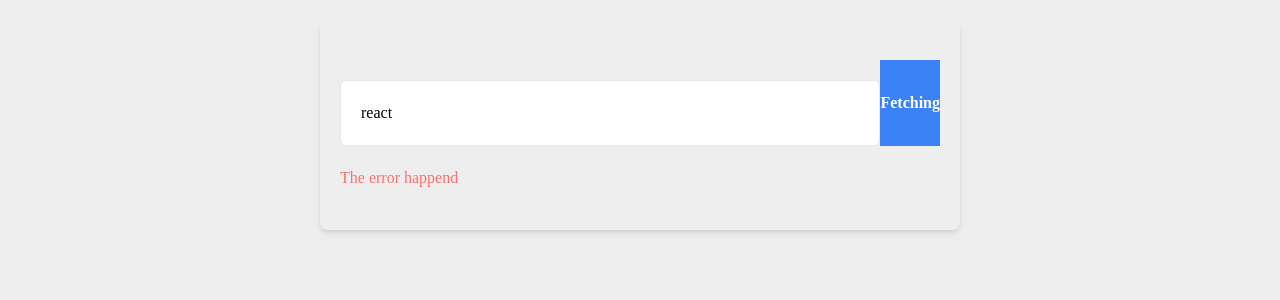
Repository: 16-Doffy/Fe-Khhoahoc
Page: /
These files come from the project's save history. The page is drawn as it stood at one moment and after the next save; the edit follows.
The browser window is 1280 px wide. The pictures show the whole page.
The page's requests for data from a server got no answer. The project was rebuilt for these pictures with package versions that can differ from the ones it lists, and the page was loaded fresh each time. No one was signed in, and anything a server would have sent is missing. Also part of the build but not shown: src/App.css.

Above is the page before, as saved 2025-01-14 15:50:26.

### src/index.js
import React from 'react';
import ReactDOM from 'react-dom/client';
import './index.css';
import App from './App';
import reportWebVitals from './reportWebVitals';
import "./index.scss"
const root = ReactDOM.createRoot(document.getElementById('root'));
root.render(
  <React.StrictMode>
    <App />
  </React.StrictMode>
);

// If you want to start measuring performance in your app, pass a function
// to log results (for example: reportWebVitals(console.log))
// or send to an analytics endpoint. Learn more: https://bit.ly/CRA-vitals
reportWebVitals();

### src/App.js

import "./App.css";
import HackerNews from "./components/news/HackerNews";



const App = () => {
  return (

    <HackerNews></HackerNews>
  );
};

export default App;













//<CardList><Card2/>
// const theme = {
//   //wanna change color in the future come here to change
//   colors: {
//     blue: "#2979ff",
//   },
//   orange: "#ffa440",
// };
// {/* <ThemeProvider theme={theme}>
// <CardList>
// <Card2 secondary={true}></Card2>
// <Card2 secondary={false}></Card2>
// <Card2 secondary={true}></Card2>
// <Card2 secondary={false}></Card2>
// <Card2 secondary={true}></Card2>
//  </CardList>
// </ThemeProvider> */}

### src/index.scss
@tailwind base;
@tailwind components;
@tailwind utilities;

@layer base {
    @import url("https://fonts.googleapis.com/css2?family=Poppins:ital,wght@0,100;0,200;0,300;0,400;0,500;0,600;0,700;0,800;0,900;1,100;1,200;1,300;1,400;1,500;1,600;1,700;1,800;1,900&display=swap");
    body{
        font-family: "Poppins", serif;
    }
}

### src/components/news/HackerNews.js
import axios from "axios";
import React, { useState, useEffect, useRef } from "react";
import lodash from "lodash";
// http://hn.algolia.com/api/v1/search?query=react
const HackerNews = () => {
  const [hits, setHits] = useState([]);
  const [query, setQuery] = useState("react");
  const [loading, setLoading] = useState(true);
  const [error, setError] = useState("");
  const handleFetchResponse = useRef({});
  handleFetchResponse.curent = async () => {
    setLoading(true);
    try {
      const response = await axios.get(
        `http://hn.algolia.com/api/v1/search?query=${query}`
      );
      setHits(response.data?.hits || []);
      setLoading(false);
    } catch {
      // console.log(response);
      setLoading(false);
      setError(`The error happend ${error}`);
    }
  };
  const handleUpdateQuery = lodash.debounce((e) => {
    setQuery(e.target.value);
  }, 100);
  useEffect(() => {
    handleFetchResponse.curent();
  }, [query]);
  return (
    <div className=" mx-auto mb-5 mt-5 p-5 rounded-lg shadow-md w-2/4">
    <div class="flex mb-5 mt-5">
    <input
        type="text"
        className="
          border border-blue-1000
          text-black p-5  mt-5 block w-full
           rounded-md focus:border-blue-400"
        placeholder="Enter your keyword..."
        defaultValue={query}
        onChange={handleUpdateQuery}
      />
      <button className="bg-blue-500 text-white font-semibold">Fetching</button>
    </div>
      {loading && (
        <div
          className=" loading w-8 h-8  rounded-full  border-blue-300 border-4
    border-r-4 border-r-transparent animate-spin mx-auto"
        ></div>
      )}
      {!loading && error && <p className="text-red-400 my-5">{error}</p>}
      <div class="flex flex-wrap gap-5">
        {!loading &&
          hits.length > 0 &&
          hits.map((item, index) => (
            <h3
              className="
             p-3 bg-gray-300 rounded-sm"
              key={item.title}
            >
              {item.title}
            </h3>
          ))}
      </div>
    </div>
  );
};

export default HackerNews;

### tailwind.config.js
/** @type {import('tailwindcss').Config} */
module.exports = {
  mode: "jit",
  content: ["./src/**/*.{html,js}"],
  theme: {
    extend: {
      backgroundImage: {
        'radiant': `linear-gradient(0.25turn, #3f87a6, #ebf8e1, #f69d3c)`,
        'footer-texture': "url('/img/footer-texture.png')", // Sửa ở đây
        'secondary-radiant': `linear-gradient(#e66465, #9198e5)`,
      },
    },
  },
  plugins: [],
}

Loaded but not shown: public/index.html (common file); src/index.css (common file); src/reportWebVitals.js (common file)

After the next save:
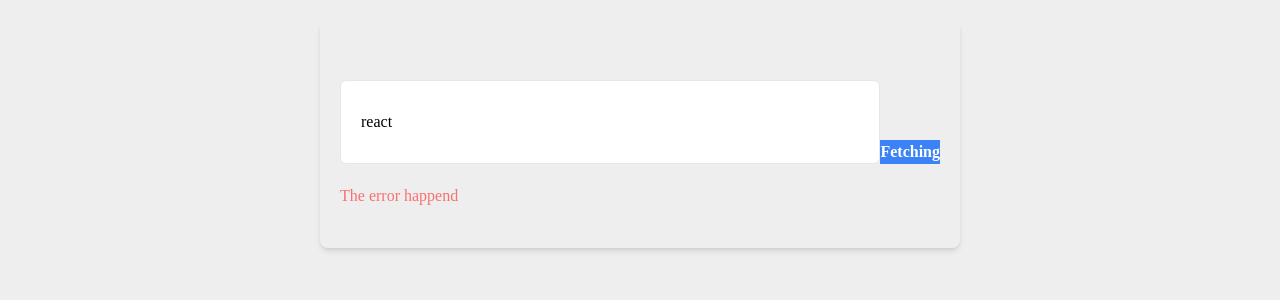
Saved 95 s later.
--- a/src/components/news/HackerNews.js
+++ b/src/components/news/HackerNews.js
@@ -41,7 +41,7 @@
         defaultValue={query}
         onChange={handleUpdateQuery}
       />
-      <button className="bg-blue-500 text-white font-semibold">Fetching</button>
+      <button className="bg-blue-500 text-white font-semibold mt-20">Fetching</button>
     </div>
       {loading && (
         <div

After the save that followed:
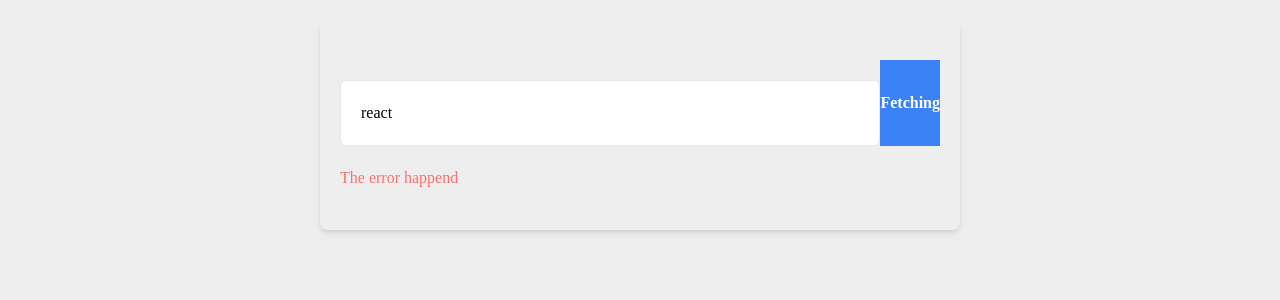
Saved 5 s later.
--- a/src/components/news/HackerNews.js
+++ b/src/components/news/HackerNews.js
@@ -41,7 +41,7 @@
         defaultValue={query}
         onChange={handleUpdateQuery}
       />
-      <button className="bg-blue-500 text-white font-semibold mt-20">Fetching</button>
+      <button className="bg-blue-500 text-white font-semibold">Fetching</button>
     </div>
       {loading && (
         <div
